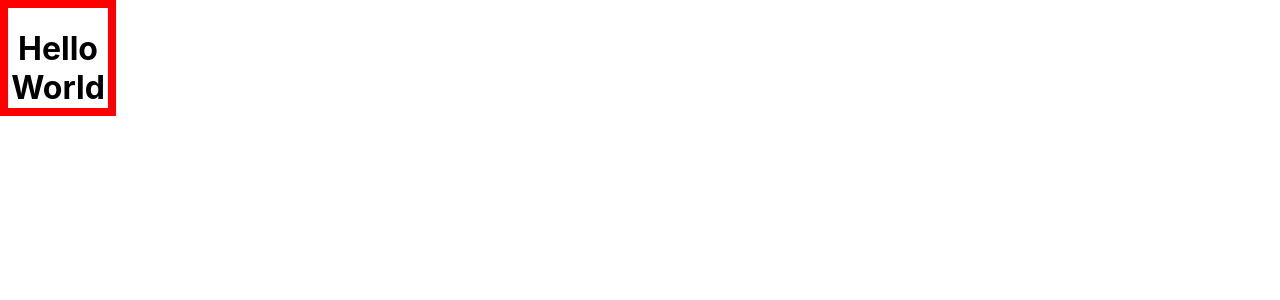
Repository: DeepikaSuretek/React
Page: / (app in practice-app/)
The author's editor kept a copy of each file at every save. The page is drawn from the files as they stood at one save, then again after the next save.
The browser window is 1280 px wide. The pictures show the whole page.
The project was rebuilt for these pictures with package versions that can differ from the ones it lists, and the page was loaded fresh each time.

Above is the page before, as saved 2024-07-08 17:38:21.

After the next save:
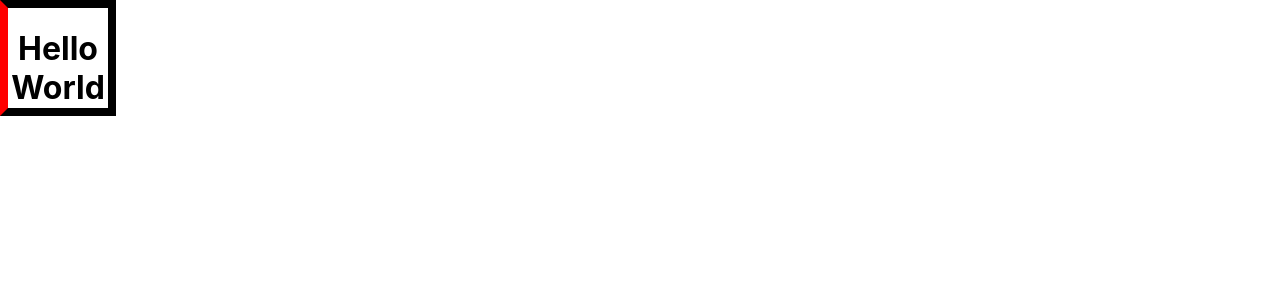
Saved 24 s later.
--- a/practice-app/src/App.css
+++ b/practice-app/src/App.css
@@ -40,8 +40,8 @@
 .loader{
   height: 100px;
   width: 100px;
-  border: 8px solid red;
-  background-color: black black black red;
+  border: 8px solid;
+  border-color: black black black red;
   /* border-radius: 50%;
   animation: App-logo-spin 2s linear infinite; */
 }
